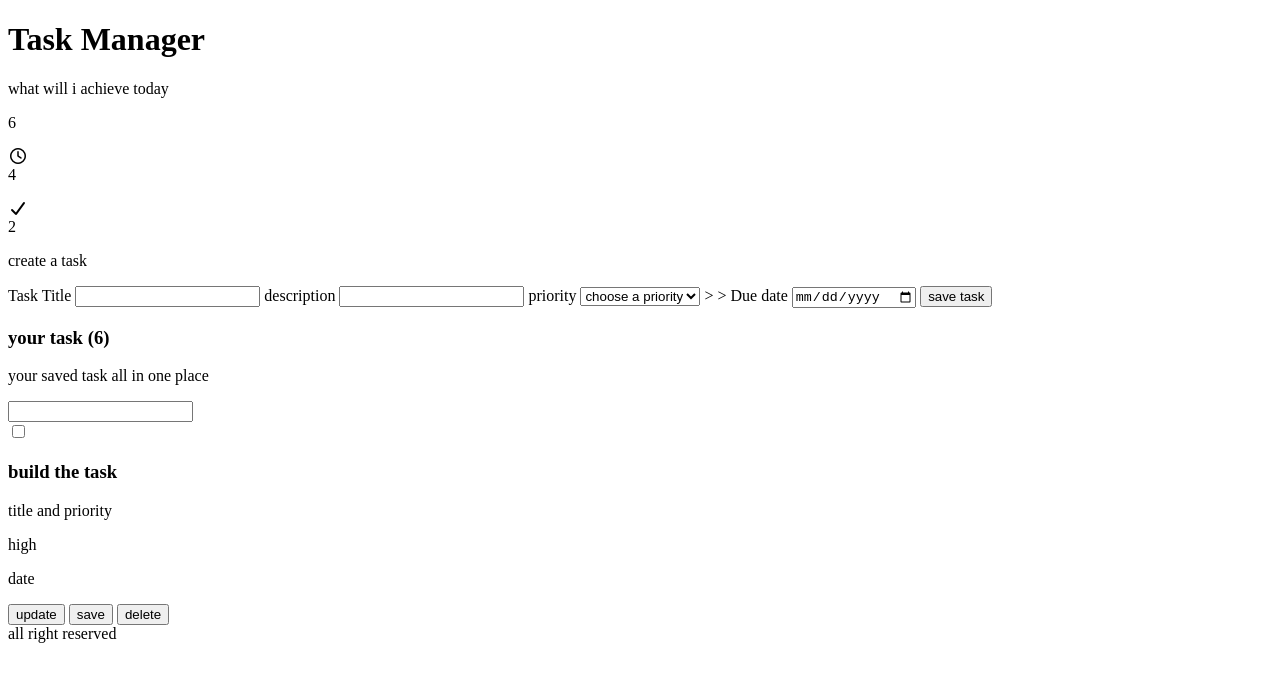
Repository: XDENTERTAINMENT/task-manager-groupwork
Page: index.html
An editor plug-in stored every save of this project. The page is shown before and after the next save, followed by the edit.
The browser window is 1280 px wide. The pictures show the whole page.

Above is the page before, as saved 2026-10-23 21:30:02.

After the next save:
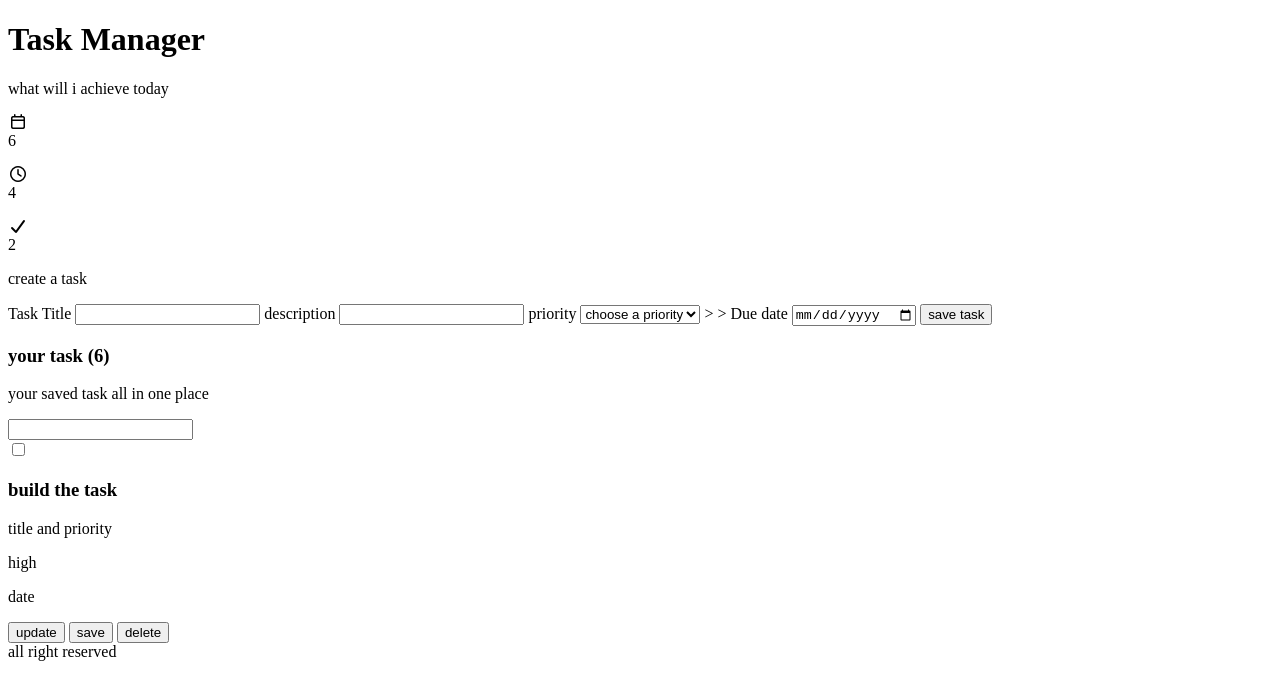
Saved 4 s later.
--- a/index.html
+++ b/index.html
@@ -16,7 +16,7 @@
    <main>
     <section class="section1">
         <div>
-        <p id="total-task"> <div></div>6</p>
+        <p id="total-task"> <div><i class="fa-regular fa-calendar"></i></div>6</p>
         </div>
 
         <div>
